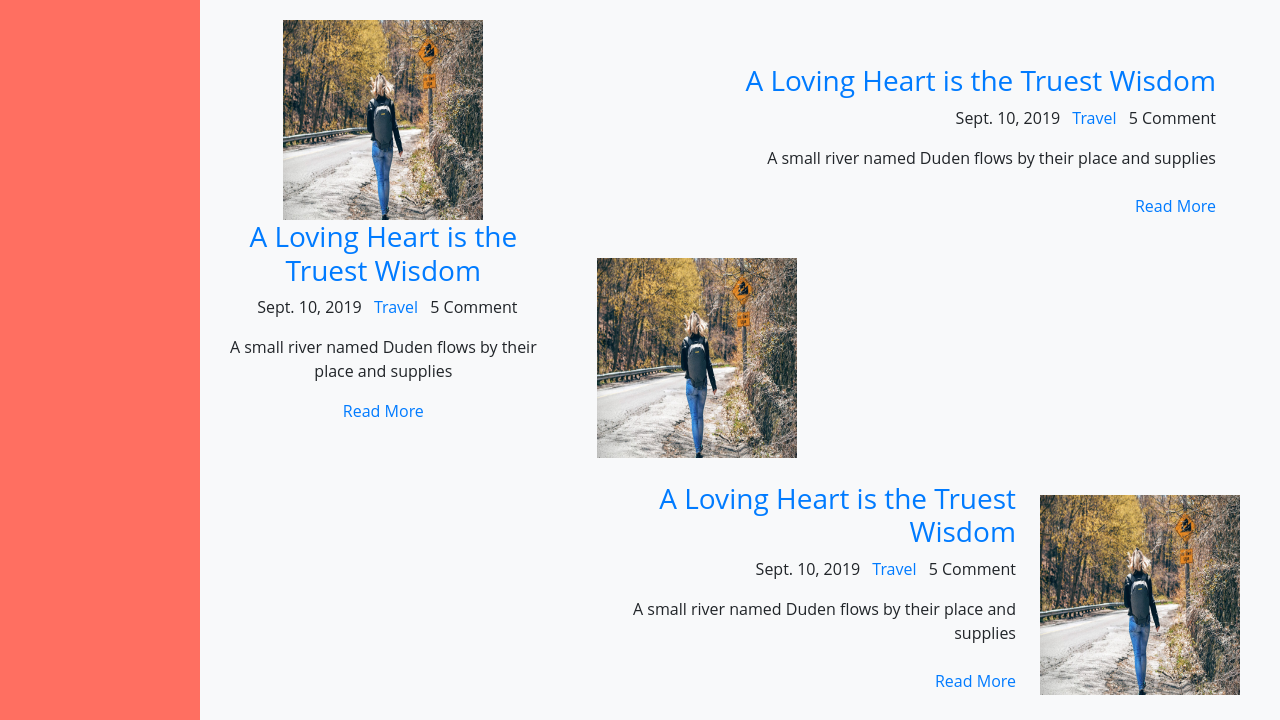
Repository: tts2610/GoogleNews
Page: index.html
The author's editor kept a copy of each file at every save. The page is drawn from the files as they stood at one save, then again after the next save.
The browser window is 1280 px wide. The pictures show the whole page.
The page's requests for data from a server got no answer. An inner scrolling area shows only its first screen. Some web libraries are served in a nearby version.

Above is the page before, as saved 2020-05-20 22:25:58.

### index.html
<!DOCTYPE html>
<html lang="en">

<head>
    <meta charset="UTF-8">
    <meta name="viewport" content="width=device-width, initial-scale=1.0">
    <title>Document</title>
    <link rel="stylesheet" href="https://maxcdn.bootstrapcdn.com/bootstrap/4.4.1/css/bootstrap.min.css">

    <!-- jQuery library -->
    <script src="https://ajax.googleapis.com/ajax/libs/jquery/3.5.1/jquery.min.js"></script>

    <!-- Popper JS -->
    <script src="https://cdnjs.cloudflare.com/ajax/libs/popper.js/1.16.0/umd/popper.min.js"></script>

    <!-- Latest compiled JavaScript -->
    <script src="https://maxcdn.bootstrapcdn.com/bootstrap/4.4.1/js/bootstrap.min.js"></script>
    <link rel="stylesheet" href="css/style.css">

    <link href="https://unpkg.com/aos@2.3.1/dist/aos.css" rel="stylesheet">

    <link rel="stylesheet" href="https://cdnjs.cloudflare.com/ajax/libs/animate.css/4.0.0/animate.min.css" />
    <script src="js/moment.js"></script>
</head>

<body>
    <div class="myContainer">
        <div class="sidenav">
            <ul id="sideNav">
                <!-- <li></li>
                <li></li>
                <li></li> -->
            </ul>
        </div>
        <div class="content" id="myContent">

            <div class="row">
                <div class="col-4">
                    <div class="blog-entry-left">
                        <div>
                            <img src="img/image_8.jpg" width="200" height="200">
                        </div>
                        <div class="text" style="text-align: center;">
                            <h3 class=""><a href="single.html">A Loving Heart is the Truest Wisdom</a></h3>
                            <div class="meta-wrap">
                                <p class="meta">
                                    <span><i class="icon-calendar mr-2"></i>Sept. 10, 2019</span>
                                    <span><a href="single.html"><i class="icon-folder-o mr-2"></i>Travel</a></span>
                                    <span><i class="icon-comment2 mr-2"></i>5 Comment</span>
                                </p>
                            </div>
                            <p class="">A small river named Duden flows by their place and supplies</p>
                            <p><a href="#" class="btn-custom">Read More <span class="ion-ios-arrow-forward"></span></a></p>
                        </div>
                    </div>
                </div>
                <div class="col-8">
                    <div class="row">
                        <div class="col-md-12">
                            <div class="blog-entry">
                                <div class="text text-2 text-md-right p-4">
                                    <h3 class="mb-2"><a href="single.html">A Loving Heart is the Truest Wisdom</a></h3>
                                    <div class="meta-wrap">
                                        <p class="meta">
                                            <span><i class="icon-calendar mr-2"></i>Sept. 10, 2019</span>
                                            <span><a href="single.html"><i class="icon-folder-o mr-2"></i>Travel</a></span>
                                            <span><i class="icon-comment2 mr-2"></i>5 Comment</span>
                                        </p>
                                    </div>
                                    <p class="mb-4">A small river named Duden flows by their place and supplies</p>
                                    <p><a href="#" class="btn-custom">Read More <span class="ion-ios-arrow-forward"></span></a></p>
                                </div>
                                <div class="news-img"><img src="img/image_8.jpg" width="200" height="200"></div>
                            </div>
                        </div>
                        <div class="col-md-12">
                            <div class="blog-entry ftco-animate d-md-flex align-items-center">
                                <div class="text text-2 text-md-right p-4">
                                    <h3 class="mb-2"><a href="single.html">A Loving Heart is the Truest Wisdom</a></h3>
                                    <div class="meta-wrap">
                                        <p class="meta">
                                            <span><i class="icon-calendar mr-2"></i>Sept. 10, 2019</span>
                                            <span><a href="single.html"><i class="icon-folder-o mr-2"></i>Travel</a></span>
                                            <span><i class="icon-comment2 mr-2"></i>5 Comment</span>
                                        </p>
                                    </div>
                                    <p class="mb-4">A small river named Duden flows by their place and supplies</p>
                                    <p><a href="#" class="btn-custom">Read More <span class="ion-ios-arrow-forward"></span></a></p>
                                </div>
                                <div class="news-img"><img src="img/image_8.jpg" width="200" height="200"></div>
                            </div>
                        </div>
                    </div>
                </div>
            </div>
            <!-- <button type="button" id="loadMoreBtn" class="btn btn-success my-3" style="margin-left: 470px;">Load more...</button> -->
        </div>
    </div>

    <script src="js/script.js"></script>
    <script src="https://unpkg.com/aos@2.3.1/dist/aos.js"></script>
    <script>
        AOS.init();
    </script>
</body>

</html>

### css/style.css
body {
    margin: 0;
    font-family: 'Open Sans', sans-serif;
}

.myContainer {
    display: flex;
    justify-content: start;
}

.sidenav {
    min-height: 100vh;
    width: 200px;
    float: left;
    position: relative;
    background-color: #FF6F61;
}

#sideNav {
    overflow-y: scroll;
}

.content {
    height: 100vh;
    width: calc(100% - 200px);
    float: right;
    position: relative;
    background-color: #f8f9fa;
    overflow-y: scroll;
}

.blog-entry-left {
    display: flex;
    flex-direction: column;
    align-items: center;
}

.row {
    padding: 20px;
    font-size: medium;
}

button {
    margin-left: 500px;
}

### js/script.js
let newsList = [];
const apiKey = "2dc86bcdc7184b17b45b74b30858f75a"
let page = 1;
let pageSize = 6;
let categoryList = [];
let q = "apple";

const loadNews = async(page) => {
    let sources = [];
    $("input:checkbox:checked").each(function() {
        sources.push($(this).val());
    });
    let url;
    if (!sources.length)
        url = `https://newsapi.org/v2/top-headlines?q=${q}&apiKey=${apiKey}&page=${page}&pageSize=${pageSize}`;
    else {
        let sourceStr = sources.join(",");
        url = `https://newsapi.org/v2/top-headlines?q=${q}&page=${page}&pageSize=${pageSize}&sources=${sourceStr}&apiKey=${apiKey}`
    }



    let data = await fetch(url);
    let result = await data.json();
    $("#myContent").empty();
    $("#myContent").append(render(result));
    $('#myContent').append(`<button onclick="loadMoreFunction()" id="loadMoreBtn" type="button" class="btn btn-success my-4">Load more</button>`);
    $('#myContent').append(`<div id="currentNews" style="text-align:right;">Shown : ${result.articles.length} news</div>`);
}

$(document).ready(function() {
    countCategory();
    // loadNews(page);

});

async function countCategory() {
    let filterUrl = `https://newsapi.org/v2/top-headlines?q=${q}&apiKey=${apiKey}`;
    let filterData = await fetch(filterUrl);
    let result = await filterData.json();
    result.articles.forEach((x, i) => {
        addToDictionary(x.source);
    });
    reloadFilter();
}


function loadMoreFunction() {
    page++;
    $("#loadMoreBtn").remove();
    $("#currentNews").remove();
    loadNews(page);
}

function reloadFilter() {
    $("#sideNav").empty();
    categoryList.forEach(element => {
        let html = `<div class="form-check">
                        <input class="form-check-input" onchange="loadNews(1);" type="checkbox" id="${element.id}" value="${element.id}">
                        <label class="form-check-label">${element.category}(${element.count})</label>
                    </div>`;
        $("#sideNav").append(html);
    });
}

function addToDictionary(x) {
    let flag;
    for (let i = 0; i < categoryList.length; i++) {
        if (categoryList[i].id == x.id) {
            categoryList[i].count++;
            flag = true;
        }
    }
    if (!flag)
        categoryList.push({ id: x.id, category: x.name, count: 1 })
}

function render(result) {
    let innerHtml = '';
    let firstNum = 0;
    let midNum;
    let lastNum;
    result.articles.forEach((x, i) => {
        if (i == firstNum) {
            innerHtml += `<div class="row animate__animated animate__fadeInUp">
            <div class="col-4">
                <div class="blog-entry-left">
                    <div>
                        <img src="${x.urlToImage}" width="200" height="200">
                    </div>
                    <div class="text">
                        <h3 class=""><a href="single.html">${x.title}</a></h3>
                        <div class="meta-wrap">
                            <p class="meta">
                                <span><i class="icon-calendar mr-2"></i>${moment(x.publishedAt).fromNow()}</span>
                                <span><a href="single.html"><i class="icon-folder-o mr-2"></i>${x.source.name}</a></span>
                                <span><i class="icon-comment2 mr-2"></i>5 Comment</span>
                            </p>
                        </div>
                        <p class="">${x.description}</p>
                        <p><a href="#" class="btn-custom">Read More <span class="ion-ios-arrow-forward"></span></a></p>
                    </div>
                </div>
            </div>`
            midNum = i + 1;
            firstNum = firstNum + 3;
        }
        if (i == midNum) {
            innerHtml += `<div class="col-8">
            <div class="row">
                <div class="col-md-12">
                    <div class="blog-entry">
                        <div class="text text-2 text-md-right pr-4">
                            <h3 class="mb-2"><a href="single.html">${x.title}</a></h3>
                            <div class="meta-wrap">
                                <p class="meta">
                                    <span><i class="icon-calendar mr-2"></i>${moment(x.publishedAt).fromNow()}</span>
                                    <span><a href="single.html"><i class="icon-folder-o mr-2"></i>${x.source.name}</a></span>
                                    <span><i class="icon-comment2 mr-2"></i>5 Comment</span>
                                </p>
                            </div>
                            <p class="mb-4">${x.description}</p>
                            <p><a href="#" class="btn-custom">Read More <span class="ion-ios-arrow-forward"></span></a></p>
                        </div>
                        <div class="news-img"><img src="${x.urlToImage}" width="200" height="200"></div>
                    </div>
                </div>`
            lastNum = i + 1;
        }
        if (i == lastNum) {
            innerHtml += `<div class="col-md-12">
            <div class="blog-entry ftco-animate d-md-flex align-items-center">
                <div class="text text-2 text-md-right pr-4">
                    <h3 class="mb-2"><a href="single.html">${x.title}</a></h3>
                    <div class="meta-wrap">
                        <p class="meta">
                            <span><i class="icon-calendar mr-2"></i>${moment(x.publishedAt).fromNow()}</span>
                            <span><a href="single.html"><i class="icon-folder-o mr-2"></i>${x.source.name}</a></span>
                            <span><i class="icon-comment2 mr-2"></i>5 Comment</span>
                        </p>
                    </div>
                    <p class="mb-4">${x.description}</p>
                    <p><a href="#" class="btn-custom">Read More <span class="ion-ios-arrow-forward"></span></a></p>
                </div>
                <div class="news-img"><img src="${x.urlToImage}" width="200" height="200"></div>
            </div>
        </div>
    </div>
</div>
</div>
`
        }


    });
    return innerHtml;
}

Loaded but not shown: js/moment.js (library)

After the next save:
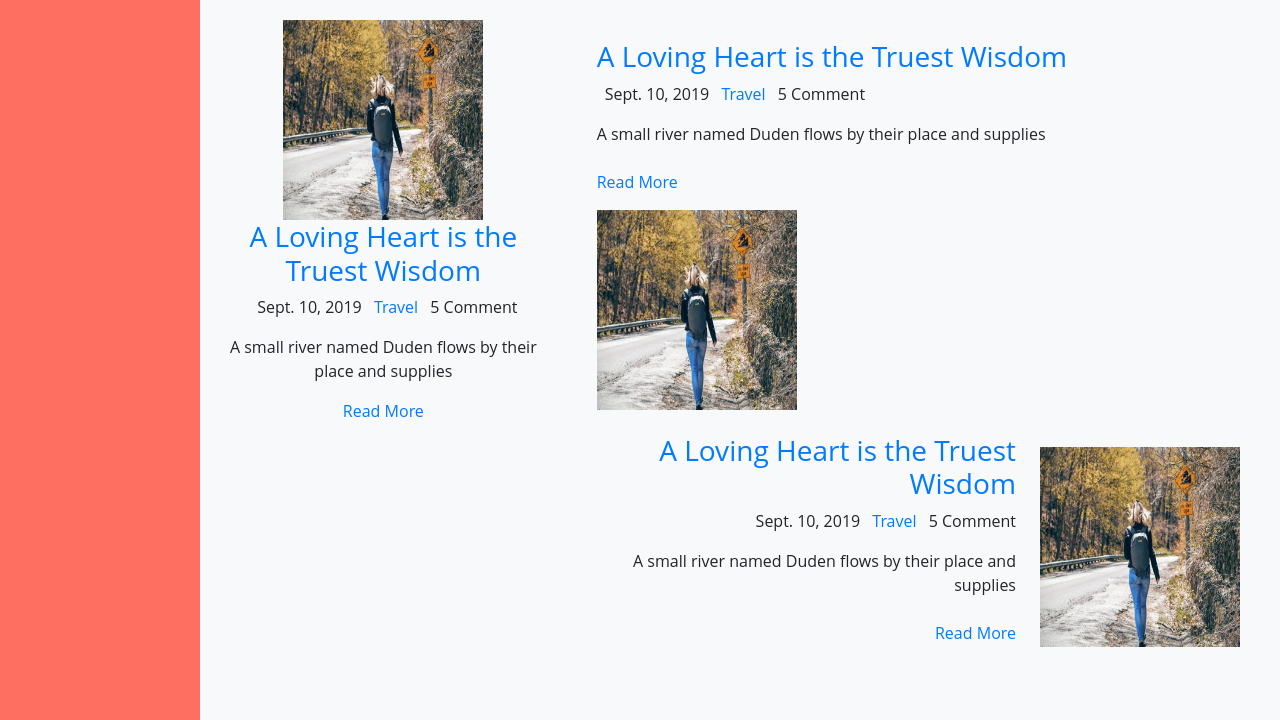
Saved 18 s later.
--- a/index.html
+++ b/index.html
@@ -58,7 +58,7 @@
                     <div class="row">
                         <div class="col-md-12">
                             <div class="blog-entry">
-                                <div class="text text-2 text-md-right p-4">
+                                <div class="text">
                                     <h3 class="mb-2"><a href="single.html">A Loving Heart is the Truest Wisdom</a></h3>
                                     <div class="meta-wrap">
                                         <p class="meta">
